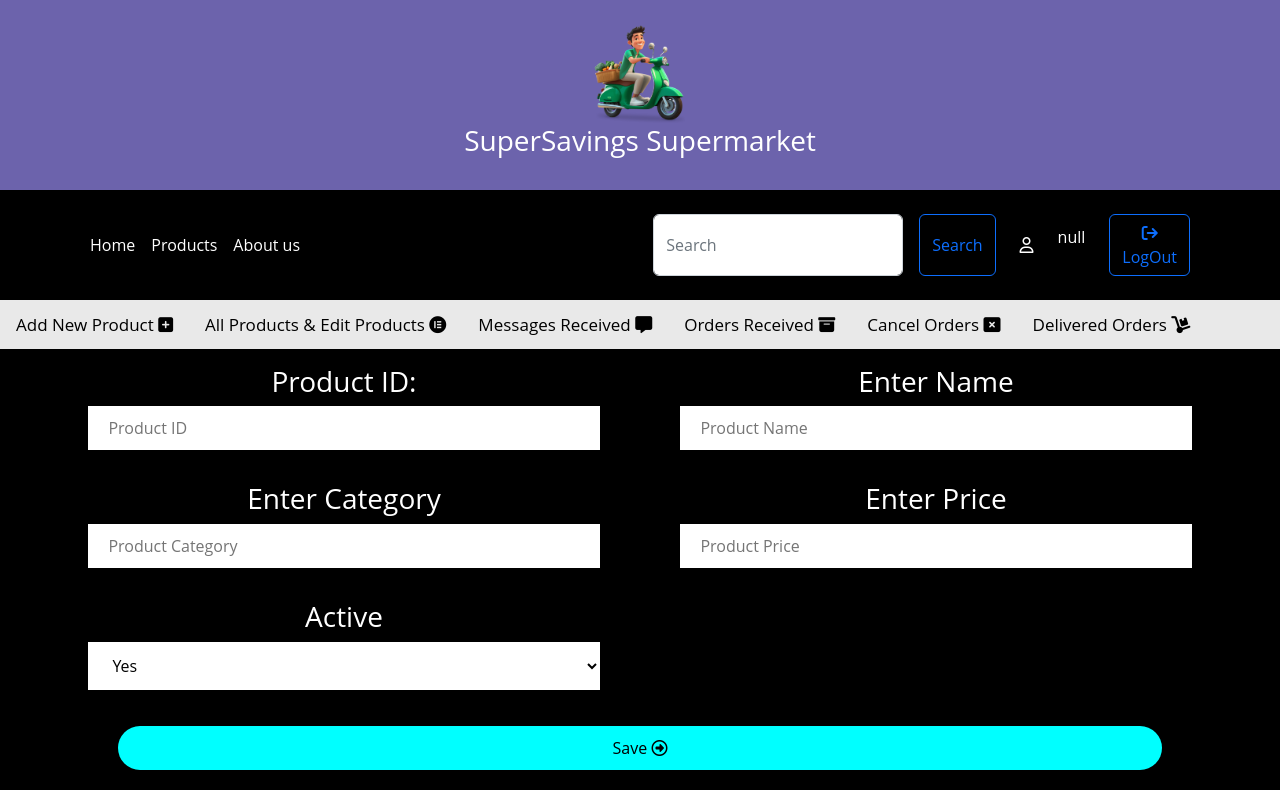
Repository: Raviraj39/SuperSaving-Online-Supermarket-Website
Page: http://localhost/Super_market/AddNewProduct.jsp
These files come from the project's save history. The page is drawn as it stood at one moment and after the next save; the edit follows.
The browser window is 1280 px wide. The pictures show the whole page.
The page is served by Tomcat 9.

Above is the page before, as saved 2023-12-26 10:43:44.

After the next save:
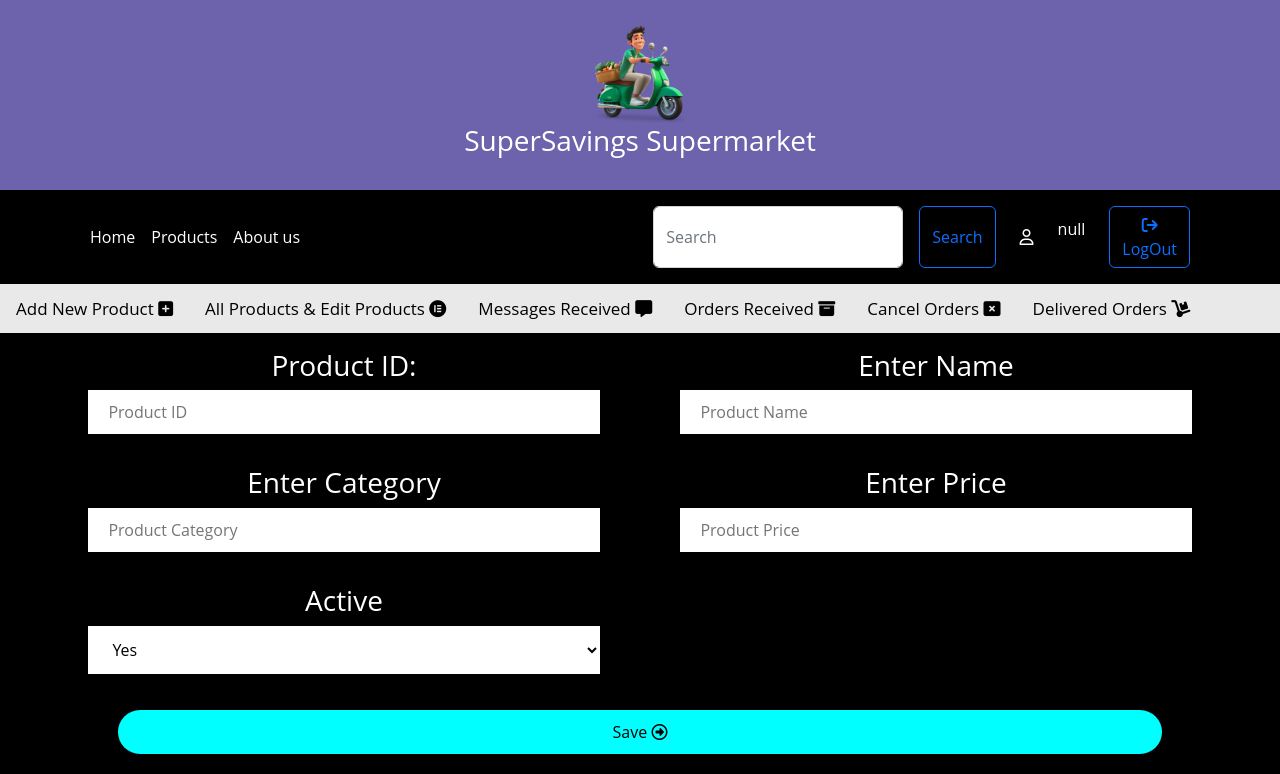
Saved 9 s later.
--- a/Super_market/src/main/webapp/AdminHome.jsp
+++ b/Super_market/src/main/webapp/AdminHome.jsp
@@ -18,7 +18,7 @@
 			<h3>SuperSavings Supermarket</h3>
 		</div>
 	</div>
-	<nav class="navbar navbar-expand-lg bg-black text-white py-4">
+	<nav class="navbar navbar-expand-lg bg-black text-white py-3">
 		<div class="container text-white">
 			<button class="navbar-toggler" type="button" data-bs-toggle="collapse"
 				data-bs-target="#navbarSupportedContent" aria-controls="navbarSupportedContent" aria-expanded="false"
